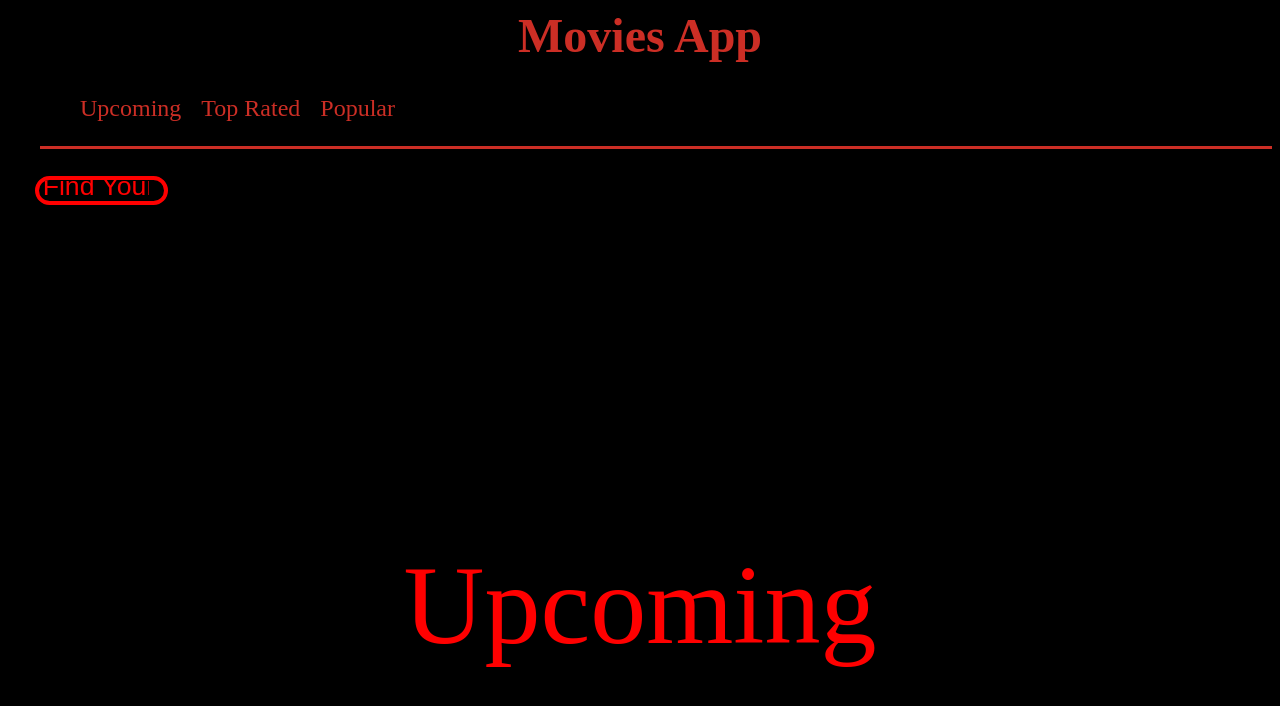
Repository: runner855/movie-app
Page: /
An editor plug-in stored every save of this project. The page is shown before and after the next save, followed by the edit.
The browser window is 1280 px wide. The pictures show the whole page.
The project was rebuilt for these pictures with package versions that can differ from the ones it lists, and the page was loaded fresh each time. Also part of the build but not shown: src/styles/TopRated.css, src/components/TopRated.tsx, src/styles/Popular.css, src/api/MoviesCall.tsx, src/components/Popular.tsx.

Above is the page before, as saved 2022-11-16 18:52:19.

### src/index.tsx
import React from "react";
import ReactDOM from "react-dom/client";
import { BrowserRouter } from "react-router-dom";
import "./styles/index.css";
import { App } from "./components/App";

const root = ReactDOM.createRoot(
  document.getElementById("root") as HTMLElement
);
root.render(
  <React.StrictMode>
    <BrowserRouter>
      <App />
    </BrowserRouter>
  </React.StrictMode>
);

### src/styles/index.css
body {
  background-color: #000000;
}

code {
  font-family: source-code-pro, Menlo, Monaco, Consolas, "Courier New",
    monospace;
}

### src/components/App.tsx
import React from "react";
import "../styles/App.css";
import { BrowserRouter as Router, Routes, Route, Link } from "react-router-dom";

import { NavBar } from "../components/NavBar";
import { TopRated } from "../components/TopRated";
import { Upcoming } from "./Upcoming";
import { Popular } from "./Popular";
import { MoviesFilter } from "./MoviesFilter";

export const App = () => {
  return (
    <div className="App">
      <div className="title">Movies App</div>

      <NavBar />
      <MoviesFilter />

      <Routes>
        <Route path="/" element={<Upcoming />} />

        <Route path="/top-rated" element={<TopRated />} />
        <Route path="/popular" element={<Popular />} />
      </Routes>
    </div>
  );
};

### src/styles/App.css
.title {
  color: #cc2e25;
  text-align: center;
  font-weight: bold;
  font-size: 3em;
}

### src/components/NavBar.tsx
import * as React from "react";
import "../styles/NavBar.css";
import { Link } from "react-router-dom";

export const NavBar = () => {
  return (
    <header className="navbar">
      <nav>
        <ul>
          <li>
            <Link className="item" to="/">
              Upcoming
            </Link>
          </li>
          <li>
            <Link className="item" to="/top-rated">
              Top Rated
            </Link>
          </li>
          <li>
            <Link className="item" to="/popular">
              Popular
            </Link>
          </li>
        </ul>
      </nav>
    </header>
  );
};

### src/components/Upcoming.tsx
import React from "react";
import "../styles/Upcoming.css";

export const Upcoming = () => {
  return <div className="upcoming_page">Upcoming</div>;
};

### src/components/MoviesFilter.tsx
import React, { useState } from "react";
import "../styles/MoviesFilter.css";

export const MoviesFilter = () => {
  const [input, setInput] = useState<string>("");
  return (
    <div className="movie_search">
      <input
        className="search-input"
        type="search"
        onChange={(e) => setInput(e.target.value)}
        value={input}
        placeholder={"Find Your Movie"}
      />
    </div>
  );
};

### src/styles/NavBar.css
ul {
  text-align: left;
  list-style: none;
  font-size: 1.5em;
  display: flex;
}
ul li {
  margin-right: 20px;
  color: #cc2e25;
}

a {
  text-decoration: none;
}

a,
a:visited,
a:hover,
a:active {
  color: inherit;
}

.navbar {
  margin: 2em 0em 0em 2em;
}
a:hover {
  border-bottom: solid 3px #cc2e25;
}

.logo {
  font-weight: bold;
  font-size: 1.3em;
}

.navbar {
  border-bottom: #cc2e25 solid 0.2em;
}

### src/styles/Upcoming.css
.upcoming_page {
  color: red;
  text-align: center;
  margin-top: 3em;
  font-size: 7em;
}

### src/styles/MoviesFilter.css
.movie_search input {
  text-align: left;
  margin: 2em 0em 0em 2em;
}

input {
  border: solid red 0.3em;
  border-radius: 2em;
  background-color: #0000;
  width: 10em;
  height: 2.2em;
}

input::placeholder {
  color: red;
  font-size: 2em;
  padding: 2px;
}

input,
select,
textarea {
  color: #ff0000;
}

input:focus {
  outline: none !important;
}

Loaded but not shown: public/index.html (common file)

After the next save:
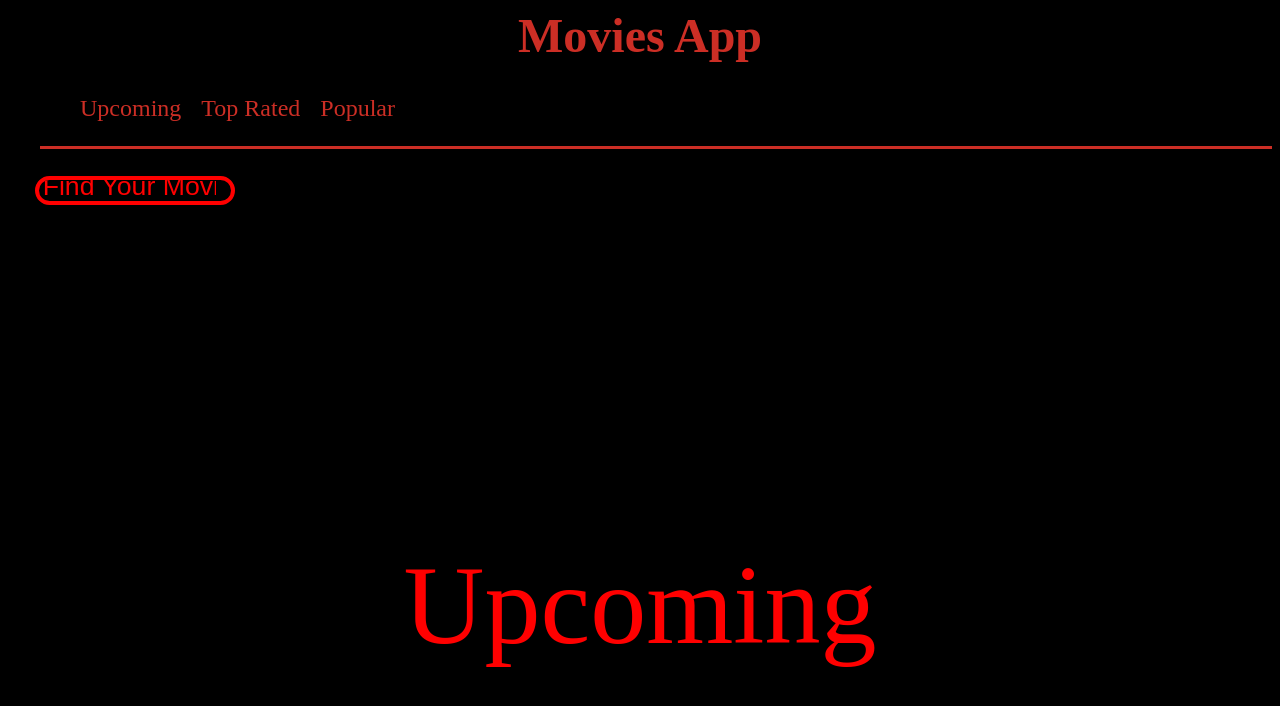
Saved 7 s later.
--- a/src/styles/MoviesFilter.css
+++ b/src/styles/MoviesFilter.css
@@ -7,7 +7,7 @@
   border: solid red 0.3em;
   border-radius: 2em;
   background-color: #0000;
-  width: 10em;
+  width: 15em;
   height: 2.2em;
 }
 
